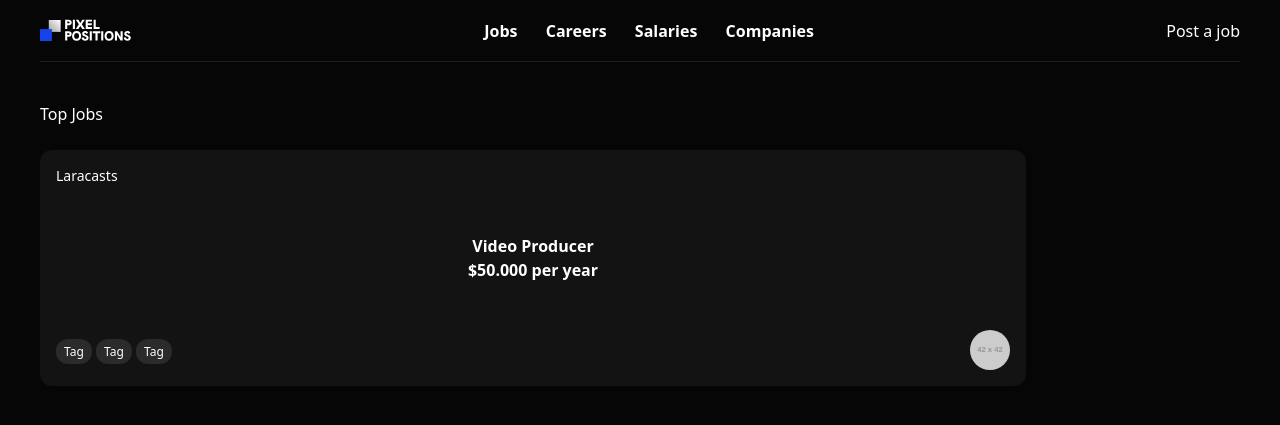
Repository: aggepap/pixel-positions-laravel
Page: http://localhost/
An editor plug-in stored every save of this project. The page is shown before and after the next save, followed by the edit.
The browser window is 1280 px wide. The pictures show the whole page.
The page is served by the project's Laravel application, run on PHP 8.4 with Laravel 12. Other server files are loaded and not shown. Style sheets and scripts are compiled from the project's sources, by tool versions that may differ from the author's.

Above is the page before, as saved 2025-02-21 20:39:56.

### resources/views/welcome.blade.php
<x-layout>
    <section>
        <h3 class="mb-6">Top Jobs</h3>
        <div class=" p-4 bg-white/5 rounded-xl flex flex-col gap-4 text-center">

                <div class="self-start text-sm">Laracasts</div>
                <div class="py-8 font-bold"><h3>Video Producer</h3>
                <p>$50.000 per year</p></div>
                <div class="flex justify-between items-center mt-auto">
                    <div class="">
                    <a href="#" class="bg-white/10 px-2 py-1 rounded-xl text-xs hover:bg-white/25 transition-colors duration-300">Tag</a>
                    <a href="#" class="bg-white/10 px-2 py-1 rounded-xl text-xs hover:bg-white/25 transition-colors duration-300">Tag</a>
                    <a href="#" class="bg-white/10 px-2 py-1 rounded-xl text-xs hover:bg-white/25 transition-colors duration-300">Tag</a>

                </div>
                    <img src="https://placehold.co/42" alt="" class="w-10 h-10 rounded-full">
                </div>
            </div>

    </section>
</x-layout>

### resources/views/components/layout.blade.php
<!DOCTYPE html>
<html lang="en">
<head>
  <meta charset="UTF-8">
  <meta name="viewport" content="width=device-width, initial-scale=1.0">
  <title>Pixel Positions</title>
  @vite(['resources/js/app.js', 'resources/css/app.css'])
</head>
<body class="bg-black text-white">
  <div class="px-10">
    <nav class="flex justify-between items-center py-4 border-b border-white/10">
      <div class="">
        <a href="/"> <img src="{{Vite::asset('resources/images/logo.svg')}}" alt="Logo"></a>

      </div>
      <div class="space-x-6 font-bold"><a href="#">Jobs</a>
      <a href="#">Careers</a>
      <a href="#">Salaries</a>
       <a href="#">Companies</a>
      </div>
      <div class=""><a href="#">Post a job</a></div>
    </nav>
    <main class="mt-10 max-w-[986px]">{{$slot}}</main>
  </div>
</body>
</html>

### resources/images/logo.svg
<svg width="92" height="29" viewBox="0 0 92 29" fill="none" xmlns="http://www.w3.org/2000/svg">
    <path fill="url(#eq4u6l1jfa)" d="M8.787 4.021h11.877v11.877H8.787z"/>
    <path fill="#1544EF" d="M0 13.107h11.877v11.877H0z"/>
    <path d="M25.16 13V3.653h3.285c2.159 0 3.245.899 3.245 2.75 0 1.863-1.113 2.842-3.245 2.842H27.25V13H25.16zm2.091-5.686h.979c.858 0 1.354-.134 1.354-.885 0-.71-.429-.845-1.354-.845h-.979v1.73zM32.846 13V3.653h2.106V13h-2.106zm2.988 0 3.044-4.64-3.057-4.707h2.521L40.34 6.9l1.998-3.246h2.508L41.788 8.36 44.846 13h-2.521l-1.998-3.124L38.355 13h-2.52zm9.872 0V3.653h6.276v1.931h-4.17v1.61h3.969v1.944h-3.97v1.931h4.17V13h-6.275zm7.936 0V3.653h2.105v7.416h3.836V13h-5.941zM25.16 24.574v-9.347h3.285c2.159 0 3.245.898 3.245 2.75 0 1.863-1.113 2.842-3.245 2.842H27.25v3.755H25.16zm2.091-5.686h.979c.858 0 1.354-.134 1.354-.885 0-.71-.429-.845-1.354-.845h-.979v1.73zm9.367 5.927c-2.71 0-4.573-1.971-4.573-4.908 0-2.95 1.864-4.921 4.573-4.921 2.735 0 4.586 1.957 4.586 4.921 0 2.95-1.878 4.908-4.586 4.908zm0-2.011c1.515 0 2.467-1.113 2.467-2.897 0-1.797-.952-2.91-2.467-2.91-1.502 0-2.468 1.086-2.468 2.91 0 1.81.966 2.897 2.468 2.897zm8.63 1.97c-1.944 0-3.472-1.166-3.754-2.95l2.092-.522c.094 1.1.764 1.609 1.703 1.609.684 0 1.247-.335 1.247-1.046 0-.43-.429-.751-1.65-1.247-1.997-.805-2.721-1.542-2.721-2.977 0-1.556 1.22-2.655 3.057-2.655 1.3 0 2.347.603 2.95 1.81l-1.743 1.086c-.282-.684-.738-1.032-1.274-1.032-.483 0-.885.308-.885.75 0 .456.362.778 1.703 1.301 2.011.778 2.655 1.449 2.655 2.776 0 1.85-1.475 3.098-3.38 3.098zm4.478-.2v-9.347h2.106v9.347h-2.106zm5.724 0v-7.416h-2.736v-1.931h7.59v1.931h-2.722v7.416H55.45zm5.735 0v-9.347h2.105v9.347h-2.105zm7.91.241c-2.71 0-4.573-1.971-4.573-4.908 0-2.95 1.864-4.921 4.573-4.921 2.735 0 4.586 1.957 4.586 4.921 0 2.95-1.878 4.908-4.586 4.908zm0-2.011c1.515 0 2.467-1.113 2.467-2.897 0-1.797-.952-2.91-2.467-2.91-1.502 0-2.468 1.086-2.468 2.91 0 1.81.966 2.897 2.468 2.897zm11.487-7.577h2.105v9.347h-2.159l-3.513-5.726v5.726h-2.106v-9.347h2.146l3.527 5.7v-5.7zm6.848 9.548c-1.945 0-3.473-1.167-3.755-2.95l2.092-.523c.094 1.1.764 1.609 1.703 1.609.684 0 1.247-.335 1.247-1.046 0-.43-.429-.751-1.65-1.247-1.997-.805-2.721-1.542-2.721-2.977 0-1.556 1.22-2.655 3.057-2.655 1.3 0 2.347.603 2.95 1.81l-1.743 1.086c-.282-.684-.738-1.032-1.274-1.032-.483 0-.885.308-.885.75 0 .456.362.778 1.703 1.301 2.011.778 2.655 1.449 2.655 2.776 0 1.85-1.475 3.098-3.38 3.098z" fill="#fff"/>
    <defs>
        <linearGradient id="eq4u6l1jfa" x1="20.5" y1="4" x2="8" y2="16.5" gradientUnits="userSpaceOnUse">
            <stop stop-color="#fff"/>
            <stop offset="1" stop-color="#999"/>
        </linearGradient>
    </defs>
</svg>

### tailwind.config.js
import defaultTheme from "tailwindcss/defaultTheme";

/** @type {import('tailwindcss').Config} */
export default {
    content: [
        "./vendor/laravel/framework/src/Illuminate/Pagination/resources/views/*.blade.php",
        "./storage/framework/views/*.php",
        "./resources/**/*.blade.php",
        "./resources/**/*.js",
        "./resources/**/*.vue",
    ],
    theme: {
        extend: {
            fontFamily: {
                sans: ["Figtree", ...defaultTheme.fontFamily.sans],
            },
            colors: {
                black: "#060606",
            },
        },
    },
    plugins: [],
};

Loaded but not shown: app/Providers/AppServiceProvider.php (common file); routes/web.php (common file); resources/css/app.css (common file)

After the next save:
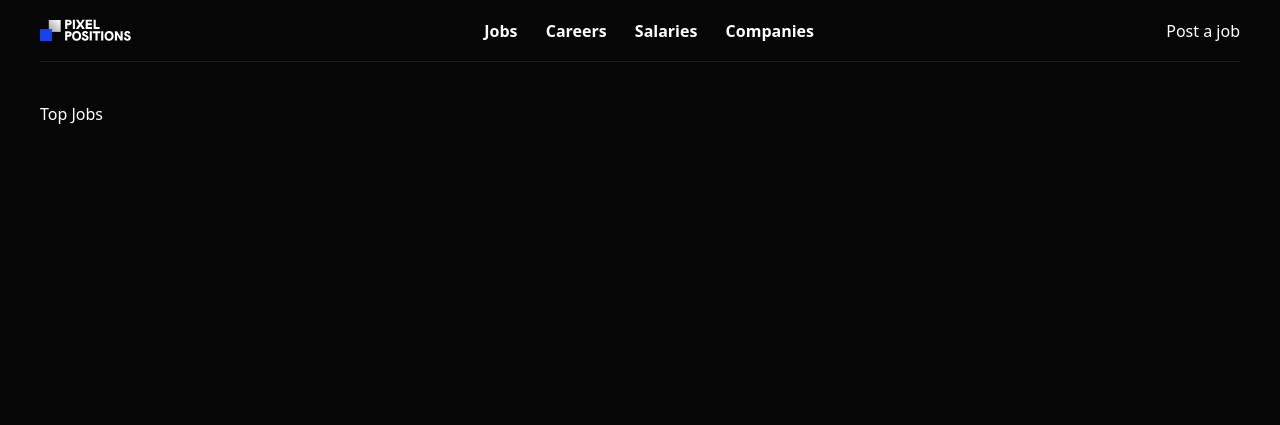
Saved 44 s later.
--- a/resources/views/welcome.blade.php
+++ b/resources/views/welcome.blade.php
@@ -1,21 +1,7 @@
 <x-layout>
     <section>
         <h3 class="mb-6">Top Jobs</h3>
-        <div class=" p-4 bg-white/5 rounded-xl flex flex-col gap-4 text-center">
 
-                <div class="self-start text-sm">Laracasts</div>
-                <div class="py-8 font-bold"><h3>Video Producer</h3>
-                <p>$50.000 per year</p></div>
-                <div class="flex justify-between items-center mt-auto">
-                    <div class="">
-                    <a href="#" class="bg-white/10 px-2 py-1 rounded-xl text-xs hover:bg-white/25 transition-colors duration-300">Tag</a>
-                    <a href="#" class="bg-white/10 px-2 py-1 rounded-xl text-xs hover:bg-white/25 transition-colors duration-300">Tag</a>
-                    <a href="#" class="bg-white/10 px-2 py-1 rounded-xl text-xs hover:bg-white/25 transition-colors duration-300">Tag</a>
-
-                </div>
-                    <img src="https://placehold.co/42" alt="" class="w-10 h-10 rounded-full">
-                </div>
-            </div>
 
     </section>
 </x-layout>
